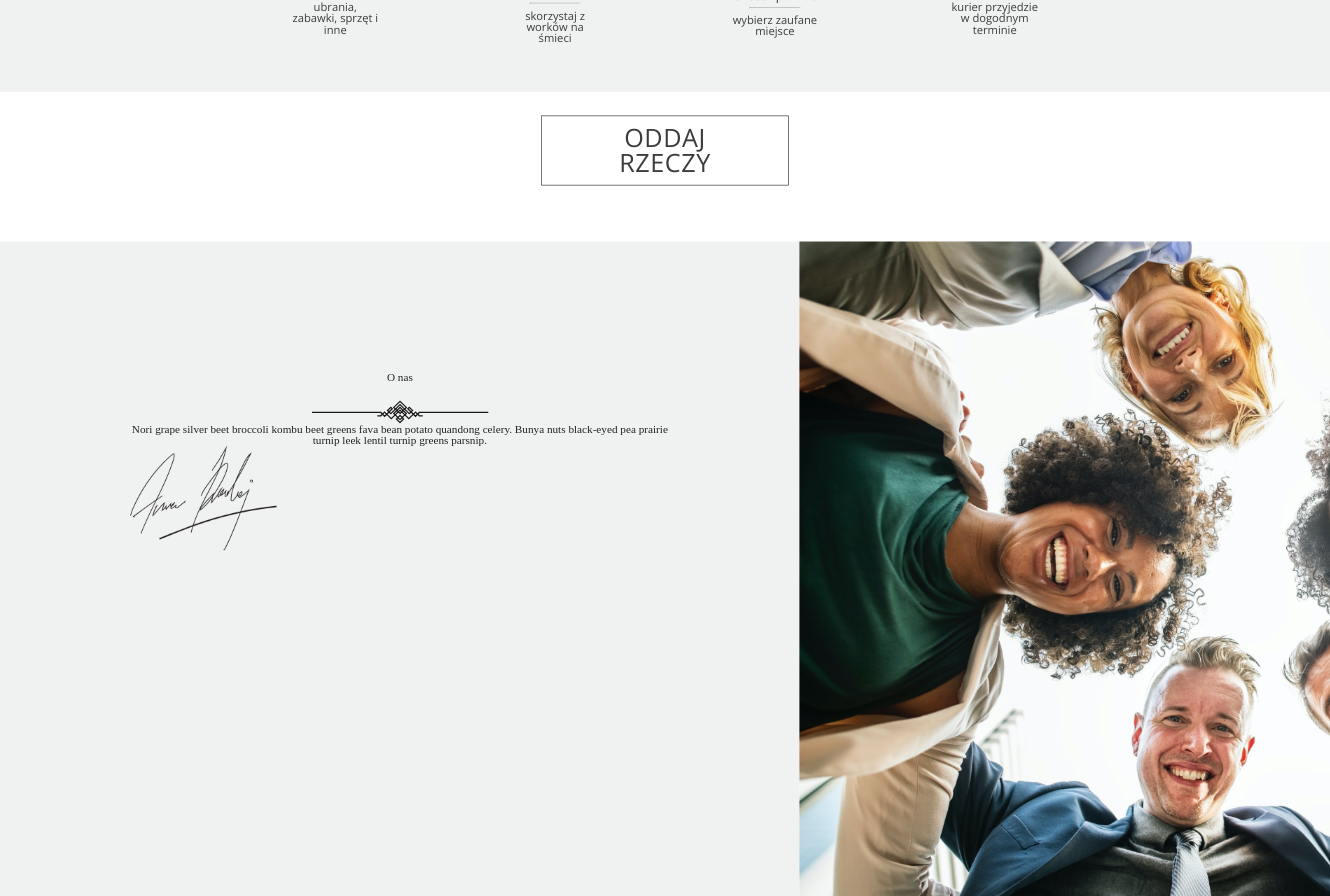
Repository: tomekwoojcik/oddam-w-dobre-rence
Page: /
These files come from the project's save history. The page is drawn as it stood at one moment and after the next save; the edit follows.
The browser window is 1280 px wide. The page is 1900 px wide, so the pictures cover 1900 px, including what lies to the right of the window. The pictures show the part of the page from y = 1720 to 3000 px (the page is 3000 px tall), at 70% of full size.
The project was rebuilt for these pictures with package versions that can differ from the ones it lists, and the page was loaded fresh each time. Also part of the build but not shown: src/pages/logIn/logIn.js, src/pages/register/register.js.

Above is the page before, as saved 2022-12-08 09:24:56.

### public/index.html
<!DOCTYPE html>
<html lang="en">
  <head>
    <meta charset="utf-8" />
    <link rel="icon" href="%PUBLIC_URL%/favicon.ico" />
    <meta name="viewport" content="width=device-width, initial-scale=1" />
    <meta name="theme-color" content="#000000" />
    <meta
      name="description"
      content="Web site created using create-react-app"
    />
    <link rel="apple-touch-icon" href="%PUBLIC_URL%/logo192.png" />
    <link rel="manifest" href="%PUBLIC_URL%/manifest.json" />
    <title>React App</title>
    <link rel="preconnect" href="https://fonts.googleapis.com">
    <link rel="preconnect" href="https://fonts.gstatic.com" crossorigin>
    <link
      href="https://fonts.googleapis.com/css2?family=Merriweather:ital,wght@0,300;0,400;0,700;0,900;1,300;1,400;1,700;1,900&family=Open+Sans:ital,wght@0,300;0,400;0,500;0,600;0,700;0,800;1,300;1,400;1,500;1,600;1,700;1,800&display=swap"
      rel="stylesheet">
  </head>
  <body>
    <div id="root"></div>
  </body>
</html>

### src/index.js
import React from 'react'
import ReactDOM from 'react-dom/client'
import './scss/main.scss'
import App from './App'
import reportWebVitals from './reportWebVitals'

const root = ReactDOM.createRoot(document.getElementById('root'))
root.render(
  <React.StrictMode>
    <App />
  </React.StrictMode>
)

// If you want to start measuring performance in your app, pass a function
// to log results (for example: reportWebVitals(console.log))
// or send to an analytics endpoint. Learn more: https://bit.ly/CRA-vitals
reportWebVitals()

### src/scss/main.scss
@import './reset';
@import './settings/colors';
@import './settings/fonts';
@import '../components/atoms/buttonsMenu/buttonsMenu';
@import '../components/molecules/navMenu/navMenu';
@import '../components/atoms/buttonsLoginLogout/buttonsLoginLogout';
@import '../components/molecules/navLoginLogout/navLoginLogout';
@import '../components/molecules/menu/menu';
@import '../components/atoms/photoInHeader/photoInHeader.scss';
@import '../components/organisms/header/header';
@import '../components/atoms/partTextInHeader/firstPartText';
@import '../components/molecules/rightPart/rightPart';
@import '../components/molecules/textInHeader/textInHeader';
@import '../components/atoms/decorationAssets/decorationAssets';
@import '../components/molecules/menuRightPartContext/menuRightPartContext';
@import '../components/atoms/buttonsInRightPartContext/buttonsInRightPartContext';
@import '../components/organisms/threeColumns/threeColumns';
@import '../pages/home/home';
@import '../components/molecules/oneColumn/oneColumn';
@import '../components/atoms/counterInColumn/counterInColumn';
@import '../components/atoms/titleInColumn/titleInColumn';
@import '../components/atoms/textInColumn/textInColumn';
@import '../components/atoms/simpleStepsTitle/simpleStepsTitle';
@import '../components/organisms/simpleSteps/simpleSteps';
@import '../components/atoms/simpleStepsColumn/simpleStepsColumn';
@import '../components/molecules/simpleStepsBar/simpleStepsBar';
@import '../components/organisms/aboutUsBar/aboutUsBar';

* {
    font-family: $font-base;
}

### src/App.js
/* eslint-disable react/react-in-jsx-scope */
import { Outlet, Route, Routes } from 'react-router'
import { BrowserRouter } from 'react-router-dom'
import Home from './pages/home/home'
import './App.css'
import LogIn from './pages/logIn/logIn'
import Register from './pages/register/register'

function App () {
  return (
    <div className="App">
      <Outlet />
      <BrowserRouter>
        <Routes>
          <Route path='/' element={<Home />} />
          <Route path='logowanie' element={<LogIn />} />
          <Route path='rejestracja' element={<Register />} />
        </Routes>

      </BrowserRouter>
    </div>
  )
}

export default App

### src/scss/settings/_colors.scss
$white-color: #F0F1F1;
$mustard-color: #5E5322;
$strong-yellow-color: #FAD648;
$grey-color: #737373;
$black-color: #3C3C3C;

### src/components/atoms/buttonsMenu/_buttonsMenu.scss
@import '../../../scss/settings/fonts';
@import '../../../scss/settings/colors';

.buttonItem {
    .button {
        font-size: 18px;
        padding: 9px 20px;
        color: $black-color;
        text-decoration: none;
        font-family: $font-base;
        border: 0.75px solid white;
    }

    .button:hover{
        border: 0.75px solid $black-color;
    }
}

### src/components/molecules/navMenu/_navMenu.scss
@import '../../../scss/settings/fonts';
@import '../../../scss/settings/colors';

.buttonList {
    margin-top: 10px;
    display: flex;
    flex-direction: row;
    justify-content: flex-end;
    margin-right: 142px;
}

### src/components/atoms/buttonsLoginLogout/_buttonsLoginLogout.scss
@import '../../../scss/settings/fonts';
@import '../../../scss/settings/colors';

.buttonMenuItems {
    .buttonMenu {
        font-family: $font-base;
        font-size: 14px;
        text-decoration: none;
        color: $grey-color;
        padding: 9px 10px;
        margin-left: 20px;
        border: 0.75px solid white;
    }

    .buttonMenu:hover{
        border-color: $strong-yellow-color;
    }
}

### src/components/molecules/navLoginLogout/_navLoginLogout.scss
.buttonMenuList{
    display: flex;
    flex-direction: row;
    justify-content: flex-end;
    margin-right: 142px;
    margin-bottom: 60px;
}

### src/components/molecules/menu/_menu.scss
.menu {
    width: 100%;
    margin-top: 37px;
    flex-direction: column;
}

### src/components/atoms/photoInHeader/_photoInHeader.scss
.photoHeader {
    width: 885px;
    height: 963px;
}

### src/components/organisms/header/_header.scss
.header {
    display: flex;
    flex-direction: row;
    width: 1758px;
}

### src/components/atoms/partTextInHeader/_firstPartText.scss
@import '../../../scss/settings/fonts';
@import '../../../scss/settings/colors';

.textInHeader{
    font-family: $font-base;
    font-size: 38px;
    margin-bottom: 10px;
}

### src/components/molecules/rightPart/_rightPart.scss
.rightPartHeader{
    display: flex;
    flex-direction: column;
}

### src/components/molecules/textInHeader/_textInHeader.scss
.textIn{
    margin-top: 210px;
}

### src/components/atoms/decorationAssets/_decorationAssets.scss
.decorationAssets {
    width: 253px;
    height: 33px;
    align-self: center;
    margin-top: 25px;
}

### src/components/molecules/menuRightPartContext/_menuRightPartContext.scss
.menuRightPartContext{
    display: flex;
    flex-direction: row;
    justify-content: center;
    margin-top: 65px;
}

### src/components/atoms/buttonsInRightPartContext/_buttonsInRightPartContext.scss
@import '../../../scss/settings/fonts';
@import '../../../scss/settings/colors';
@import '../../../scss/settings/otherVariables';

.buttonItemMenuContext {
    width: 250px;
    border: $border;
    padding: 13px 51px;

    .buttonMenuContext {

        text-transform: uppercase;
        text-decoration: none;
        color: $black-color;
        font-size: 36px;
        letter-spacing: 0.76px;
        word-wrap: break-word;
        font-family: $font-base;
        font-weight: 300;
    }

}

.buttonItemMenuContext:nth-child(2) {
    margin-left: 44px;
}

### src/scss/settings/_otherVariables.scss
@import '../settings/colors';
@import '../settings/colors';

$border: 0.75px solid $black-color;

### src/components/organisms/threeColumns/_threeColumns.scss
.threeColumns{
    background: url(../../../assets/backGround.png) ;
    width: 100%;
    display: flex;
    flex-direction: row;
    justify-content: space-around;
}

### src/pages/home/_home.scss
.homePage{
    width: 1900px;
    margin: 0 auto;
}

### src/components/molecules/oneColumn/_oneColumn.scss
.oneColumn {
    display: flex;
    flex-direction: column;
    justify-content: center;
    width: 334px;
    height: 252px;
    padding-top: 46px;
    padding-bottom: 86px;

}

### src/components/atoms/counterInColumn/_counterInColumn.scss
@import '../../../scss/settings/fonts';
@import '../../../scss/settings/colors';
@import '../../../scss/settings/otherVariables';

.counterColumn{
    font-size: 90px;
    font-family: $font-base;
    color: $mustard-color;
    font-weight: 300;
}

### src/components/atoms/titleInColumn/_titleInColumn.scss
@import '../../../scss/settings/fonts';
@import '../../../scss/settings/colors';
@import '../../../scss/settings/otherVariables';

.titleColumn{
    text-transform: uppercase;
    font-size: 18px;
    font-family: $font-base;
    letter-spacing: -0.36px;
    color: $black-color;
    margin: 10px 0 28px 0;

}

### src/components/atoms/textInColumn/_textInColumn.scss
@import '../../../scss/settings/fonts';
@import '../../../scss/settings/colors';
@import '../../../scss/settings/otherVariables';


.textColumn{
    font-family: $font-alt;
    font-size: 16px;
    font-weight: lighter;
    color: $black-color;
    letter-spacing: -0.32px;
    line-height: 25px;
}

### src/components/atoms/simpleStepsTitle/_simpleStepsTitle.scss
@import '../../../scss/settings/fonts';
@import '../../../scss/settings/colors';
@import '../../../scss/settings/otherVariables';

.simpleStepsTitle {
    font-size: 38px;
    font-family: $font-base;
    letter-spacing: -0.76px;
    color: $black-color;
    font-weight: 300;
}

### src/components/organisms/simpleSteps/_simpleSteps.scss
.simpleSteps{
    padding: 55px 0 80px 0;
    display: flex;
    flex-direction: column;

    .buttonItemMenuContext{
        align-self: center;
    }
}

### src/components/atoms/simpleStepsColumn/_simpleStepsColumn.scss
@import '../../../scss/settings/fonts';
@import '../../../scss/settings/colors';
@import '../../../scss/settings/otherVariables';

.simpleStepsColumn {
    width: 130px;
    height: 172px;

    .simpleStepsColumnImg {
        width: 83px;
        height: 83px;
    }

    .simpleStepsColumnTitle {
        font-family: $font-base;
        font-size: 18px;
        color: $black-color;
    }

    .simpleStepsColumnLine {
        color: $grey-color;
        width: 70px;
    }

    .simpleStepsColumnText {
        font-family: $font-base;
        font-size: 16px;
        color: $black-color;
        height: 40px;
        width: 100%;
    }
}


.simpleStepsColumn:nth-child(2){
    .simpleStepsColumnTitle{
        margin-top: 12px;
    }
}

### src/components/molecules/simpleStepsBar/_simpleStepsBar.scss
@import '../../../scss/settings/fonts';
@import '../../../scss/settings/colors';
@import '../../../scss/settings/otherVariables';

.simpleStepsBar {
    background-color: $white-color;
    padding: 71px 414px 76px 414px;
    display: flex;
    flex-direction: row;
    justify-content: space-between;
    margin-top: 34px;
    margin-bottom: 34px;
}

### src/components/organisms/aboutUsBar/_aboutUsBar.scss
@import '../../atoms/aboutUsImg/aboutUsImg';
@import '../../atoms/aboutUsText/aboutUsText';

.aboutUsBar{
    height: 935px;
    display: flex;
}

### src/components/atoms/aboutUsImg/_aboutUsImg.scss
.aboutUsImg{
    background-image: url('../../../assets/People.png');
    width: 942px;
    height: 100%;

}

### src/components/atoms/aboutUsText/_aboutUsText.scss
@import '../../../scss/settings/fonts';
@import '../../../scss/settings/colors';
@import '../../../scss/settings/otherVariables';

.aboutUsText {
    background-color: $white-color;
    width: 958px;
    padding: 186px ;

    .aboutUsSignature {
        background-image: url('../../../assets/Signature.png');
        width: 209px;
        height: 149px;
    }
}

### src/pages/home/home.js
import React from 'react'
import AboutUsBar from '../../components/organisms/aboutUsBar/aboutUsBar'
import Header from '../../components/organisms/header/header'
import SimpleSteps from '../../components/organisms/simpleSteps/simpleSteps'
import ThreeColumns from '../../components/organisms/threeColumns/threeColumns'

const Home = () => {
  return (
    <div className='homePage'>
      <Header />
      <ThreeColumns />
      <SimpleSteps />
      <AboutUsBar/>
    </div>
  )
}

export default Home

### src/components/organisms/aboutUsBar/aboutUsBar.js
import React from 'react'
import AboutUsImg from '../../atoms/aboutUsImg/aboutUsImg'
import AboutUsText from '../../atoms/aboutUsText/aboutUsText'

const AboutUsBar = () => {
  return (
        <div className='aboutUsBar'>
          <AboutUsText aboutUsTextTitle={'O nas'} aboutUsTextinText={'Nori grape silver beet broccoli kombu beet greens fava bean potato quandong celery. Bunya nuts black-eyed pea prairie turnip leek lentil turnip greens parsnip.'} />
          <AboutUsImg/>
        </div>
  )
}

export default AboutUsBar

### src/components/organisms/header/header.js
import React from 'react'
import PhotoInHeader from '../../atoms/photoInHeader/photoInHeader'
import RightPart from '../../molecules/rightPart/rightPart'
const Header = () => {
  return (
    <header className='header'>
      <PhotoInHeader />
      <RightPart />
    </header>

  )
}

export default Header

### src/components/organisms/simpleSteps/simpleSteps.js
import React from 'react'
import SimpleStepsTitle from '../../atoms/simpleStepsTitle/simpleStepsTitle'
import DecorationAssets from '../../atoms/decorationAssets/decorationAssets'
import SimpleStepsBar from '../../molecules/simpleStepsBar/simpleStepsBar'
import ButtonsInRightPartContext from '../../atoms/buttonsInRightPartContext/buttonsInRightPartContext'
const SimpleSteps = () => {
  return (
        <div className='simpleSteps'>
            <SimpleStepsTitle text={'Wystarczą 4 proste kroki'} />
            <DecorationAssets />
            <SimpleStepsBar />
            <ButtonsInRightPartContext buttonName={'oddaj rzeczy'} />
        </div>
  )
}

export default SimpleSteps

### src/components/organisms/threeColumns/threeColumns.js
import React from 'react'
import OneColumn from '../../molecules/oneColumn/oneColumn'

const ThreeColumns = () => {
  return (
        <div className='threeColumns'>
          <OneColumn counter={'10'} title={'Oddanych worków'} text={'Lorem ipsum dolor sit amet, consectetur adipisc Pellentesque vel enim a elit viverra elementuma. Aliquam erat volutpat.'} />
          <OneColumn counter={'5'} title={'Wspartych organizacji'} text={'Lorem ipsum dolor sit amet, consectetur adipisc Pellentesque vel enim a elit viverra elementuma. Aliquam erat volutpat.'} />
          <OneColumn counter={'7'} title={'Zorganizowanych zbiórek'} text={'Lorem ipsum dolor sit amet, consectetur adipisc Pellentesque vel enim a elit viverra elementuma. Aliquam erat volutpat.'} />
        </div>
  )
}

export default ThreeColumns

### src/components/atoms/aboutUsImg/aboutUsImg.js
import React from 'react'
const AboutUsImg = () => {
  return (
        <div className='aboutUsImg'/>
  )
}

export default AboutUsImg

### src/components/atoms/aboutUsText/aboutUsText.js
/* eslint-disable react/prop-types */
import DecorationAsets from '../decorationAssets/decorationAssets'
import React from 'react'

const AboutUsText = ({ aboutUsTextTitle, aboutUsTextinText }) => {
  return (
        <div className='aboutUsText'>
            <h3 className='aboutUsTextTitle'>{aboutUsTextTitle}</h3>
            <DecorationAsets />
          <p className='aboutUsTextinText'>{aboutUsTextinText}</p>
          <div className='aboutUsSignature'/>
        </div>
  )
}

export default AboutUsText

### src/components/atoms/photoInHeader/photoInHeader.js
import React from 'react'
import Image from '../../../assets/Home-Hero-Image.jpg'

const PhotoInHeader = () => {
  return (
    <img className='photoHeader' src={Image} />
  )
}

export default PhotoInHeader

### src/components/molecules/rightPart/rightPart.js
import React from 'react'
import Menu from '../menu/menu'
import RightPartContext from '../rightPartContext/rightPartContext'

const RightPart = () => {
  return (
    <div className='rightPartHeader'>
      <Menu />
      <RightPartContext />
    </div>
  )
}

export default RightPart

### src/components/atoms/simpleStepsTitle/simpleStepsTitle.js
/* eslint-disable react/prop-types */
import React from 'react'

const SimpleStepsTitle = ({ text }) => {
  return (
        <h4 className='simpleStepsTitle'>{text}</h4>
  )
}

export default SimpleStepsTitle

### src/components/atoms/decorationAssets/decorationAssets.js
import React from 'react'
import DecoratorImage from '../../../assets/Decoration.svg'
const DecorationAssets = () => {
  return (
        <img className="decorationAssets" src={DecoratorImage} />
  )
}

export default DecorationAssets

### src/components/atoms/buttonsInRightPartContext/buttonsInRightPartContext.js
import React from 'react'
import { NavLink } from 'react-router-dom'

// eslint-disable-next-line react/prop-types
const ButtonsInRightPartContext = ({ source, buttonName }) => {
  return (
    <div className='buttonItemMenuContext'><NavLink className='buttonMenuContext' to={source}>{buttonName}</NavLink></div>
  )
}

export default ButtonsInRightPartContext

### src/components/molecules/oneColumn/oneColumn.js
/* eslint-disable react/prop-types */
import React from 'react'
import CounterInColumn from '../../atoms/counterInColumn/counterInColumn'
import TextInColumn from '../../atoms/textInColumn/textInColumn'
import TitleInColumn from '../../atoms/titleInColumn/titleInColumn'

const OneColumn = ({ counter, title, text }) => {
  return (
        <div className='oneColumn'>
            <CounterInColumn counterColumn={counter} />
            <TitleInColumn titleColumn={title} />
            <TextInColumn textColumn={text} />
        </div>
  )
}

export default OneColumn

### src/components/molecules/menu/menu.js
import React from 'react'
import NavLoginLogout from '../navLoginLogout/navLoginLogout'
import NavMenu from '../navMenu/navMenu'

const Menu = () => {
  return (
    <div className='menu'>
      <NavLoginLogout />
      <NavMenu />
    </div>
  )
}

export default Menu

### src/components/molecules/rightPartContext/rightPartContext.js
import React from 'react'
import DecorationAssets from '../../atoms/decorationAssets/decorationAssets'
import MenuRightPartContext from '../menuRightPartContext/menuRightPartContext'
import TextInHeader from '../textInHeader/textInHeader'

const RightPartContext = () => {
  return (
      <div className='rightPartContext'>
          <TextInHeader />
          <DecorationAssets />
          <MenuRightPartContext/>
        </div>
  )
}

export default RightPartContext

### src/components/atoms/simpleStepsColumn/simpleStepsColumn.js
/* eslint-disable react/prop-types */
import React from 'react'

const SimpleStepsColumn = ({ source, simpleStepsColumnTitle, simpleStepsColumnText }) => {
  return (
    <div className='simpleStepsColumn'>
          <img className='simpleStepsColumnImg' src={source} />
          <h4 className='simpleStepsColumnTitle' >{simpleStepsColumnTitle}</h4>
          <hr className='simpleStepsColumnLine' />
          <p className='simpleStepsColumnText'>{simpleStepsColumnText}</p>
    </div>
  )
}

export default SimpleStepsColumn

### src/components/atoms/counterInColumn/counterInColumn.js
/* eslint-disable react/prop-types */
import React from 'react'

const CounterInColumn = ({ counterColumn }) => {
  return (
    <h3 className='counterColumn'>{counterColumn}</h3>
  )
}

export default CounterInColumn

### src/components/atoms/textInColumn/textInColumn.js
/* eslint-disable react/prop-types */
import React from 'react'

const TextInColumn = ({ textColumn }) => {
  return (
      <p className='textColumn'>{ textColumn }</p>
  )
}

export default TextInColumn

### src/components/atoms/titleInColumn/titleInColumn.js
/* eslint-disable react/prop-types */
import React from 'react'

const TitleInColumn = ({ titleColumn }) => {
  return (
      <h4 className='titleColumn'>{titleColumn}</h4>
  )
}

export default TitleInColumn

### src/components/molecules/navLoginLogout/navLoginLogout.js
import React from 'react'
import ButtonsLoginLogout from '../../atoms/buttonsLoginLogout/buttonsLoginLogout'

const NavLoginLogout = () => {
  return (
        <ul className='buttonMenuList'>
          <ButtonsLoginLogout source={'logowanie'} buttonName={'Zaloguj'} />
          <ButtonsLoginLogout source={'rejestracja'} buttonName={'Załóź konto'} />
        </ul>
  )
}

export default NavLoginLogout

### src/components/molecules/navMenu/navMenu.js
import React from 'react'
import ButtonsMenu from '../../atoms/buttonsMenu/buttonsMenu'

const NavMenu = () => {
  return (
        <ul className='buttonList'>
          <ButtonsMenu source={'/'} linkName={'Start'} />
          <ButtonsMenu source={'/'} linkName={'O co chodzi?'} />
          <ButtonsMenu source={'/'} linkName={'O nas'} />
          <ButtonsMenu source={'/'} linkName={'Fundacje i organizacje'} />
          <ButtonsMenu source={'/'} linkName={'Kontakt'} />
        </ul>
  )
}

export default NavMenu

### src/components/molecules/menuRightPartContext/menuRightPartContext.js
import React from 'react'
import ButtonsInRightPartContext from '../../atoms/buttonsInRightPartContext/buttonsInRightPartContext'

const MenuRightPartContext = () => {
  return (
      <ul className='menuRightPartContext'>
      <ButtonsInRightPartContext source={'#'} buttonName={'Oddaj rzeczy'} />
      <ButtonsInRightPartContext source={'#'} buttonName={'Zorganizuj zbiórke'} />
    </ul>
  )
}

export default MenuRightPartContext

### src/components/molecules/textInHeader/textInHeader.js
import React from 'react'
import FirstPartText from '../../atoms/partTextInHeader/firstPartText'

const TextInHeader = () => {
  return (
        <div className='textIn'>
          <FirstPartText textHeader={'Zacznij pomagać!'} />
          <FirstPartText textHeader={'Oddaj niechciane rzeczy w zaufane ręce'} />
        </div>
  )
}

export default TextInHeader

### src/components/atoms/buttonsLoginLogout/buttonsLoginLogout.js
/* eslint-disable react/prop-types */
import React from 'react'
import { NavLink } from 'react-router-dom'

const ButtonsLoginLogout = ({ source, buttonName }) => {
  return (
        <li className='buttonMenuItems'><NavLink className='buttonMenu' to={source}>{buttonName}</NavLink></li>
  )
}

export default ButtonsLoginLogout

### src/components/atoms/buttonsMenu/buttonsMenu.js
import React from 'react'
import { NavLink } from 'react-router-dom'

// eslint-disable-next-line react/prop-types
const ButtonsMenu = ({ source, linkName }) => {
  return (
        <li className='buttonItem'><NavLink className="button" to={source}>{linkName}</NavLink></li>
  )
}

export default ButtonsMenu

### src/components/atoms/partTextInHeader/firstPartText.js
import React from 'react'

// eslint-disable-next-line react/prop-types
const FirstPartText = ({ textHeader }) => {
  return (
    <h3 className='textInHeader'>{textHeader}</h3>
  )
}

export default FirstPartText

Loaded but not shown: src/reportWebVitals.js (common file); src/scss/_reset.scss (common file); src/scss/settings/_fonts.scss (common file); src/App.css (common file); src/components/molecules/simpleStepsBar/simpleStepsBar.js (19 lines, source omitted)

After the next save:
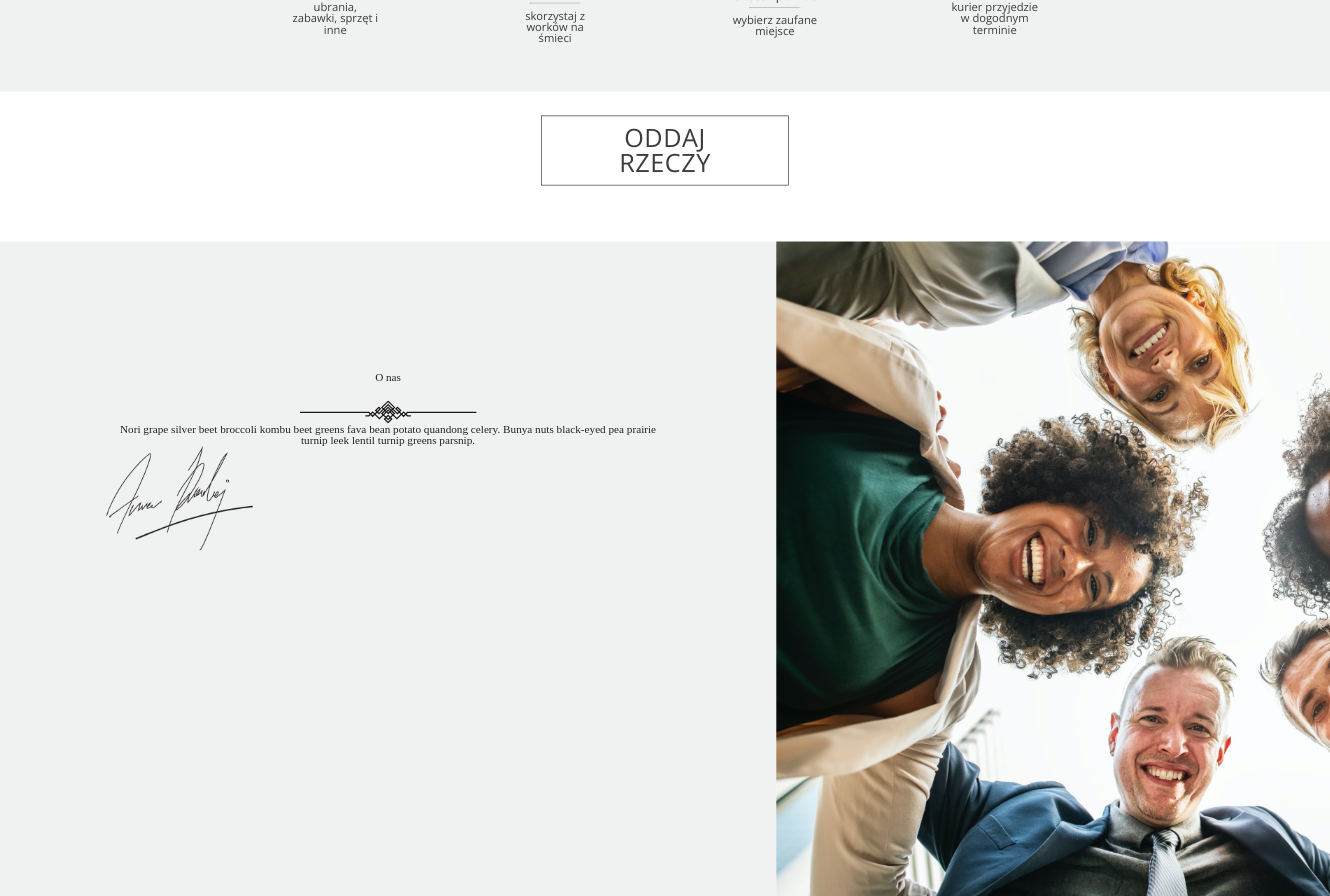
Saved 23 s later.
--- a/src/components/atoms/aboutUsText/_aboutUsText.scss
+++ b/src/components/atoms/aboutUsText/_aboutUsText.scss
@@ -5,7 +5,7 @@
 .aboutUsText {
     background-color: $white-color;
     width: 958px;
-    padding: 186px ;
+    padding: 186px 152px;
 
     .aboutUsSignature {
         background-image: url('../../../assets/Signature.png');
